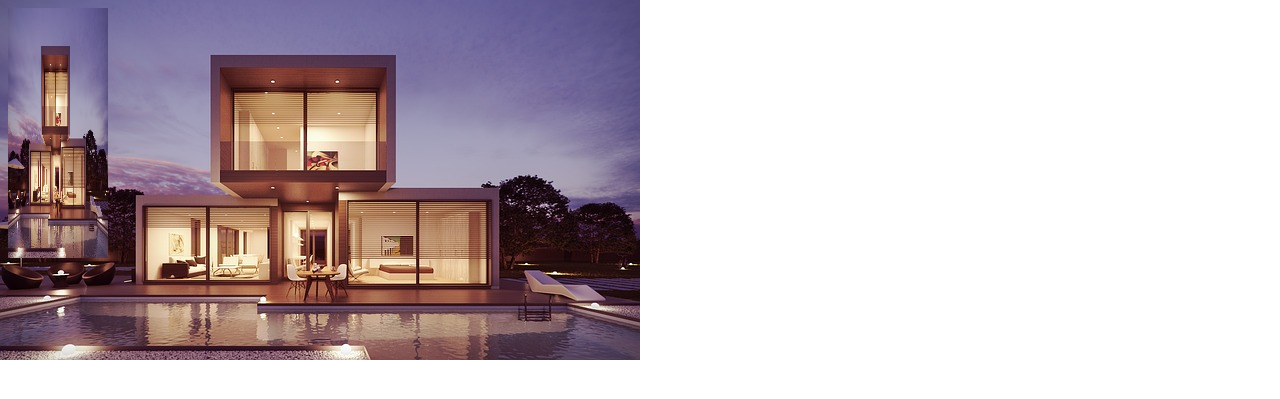
Repository: khadri2021/A2023_Task_Property_Management
Page: AdderssMakersWeb/WebContent/bottom.html
The author's editor kept a copy of each file at every save. The page is drawn from the files as they stood at one save, then again after the next save.
The browser window is 1280 px wide. The pictures show the whole page.

Above is the page before, as saved 2024-02-11 11:21:56.

### AdderssMakersWeb/WebContent/bottom.html
<!DOCTYPE html>
<html>
<head>
<meta charset="ISO-8859-1">
<title>HomePage</title>
<style>

body {
 background-image: url(home.jpg);
 background-repeat: no-repeat;
 background-attachment: fixed;
 background-size: 100;



}







</style>
</head>
<body>
<tr>
<td><a href="Add.jsp"> <img src="./images/home.jpg" alt=" "
		style="width: 100px; height: 250px;">
	</a>
	</td>
</tr>

</body>
</html>

After the next save:
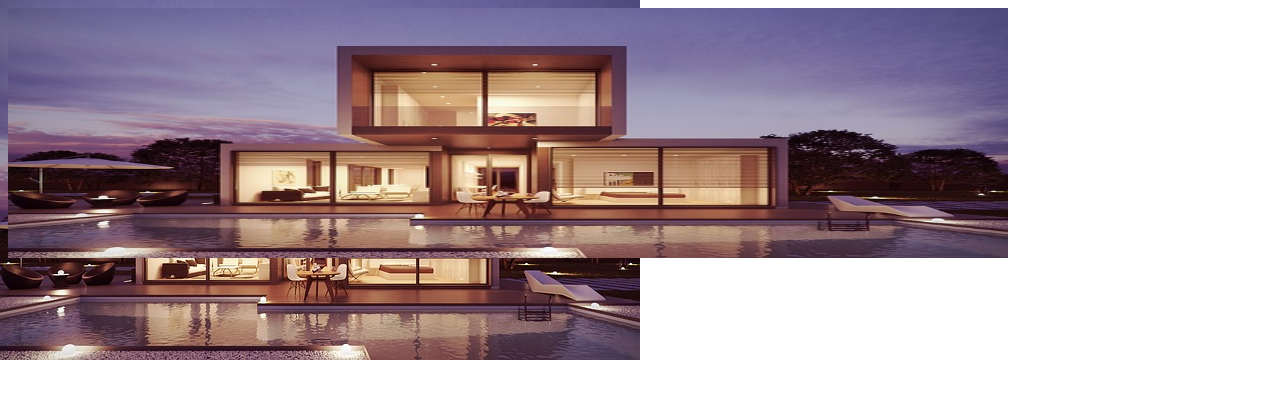
Saved 30 s later.
--- a/AdderssMakersWeb/WebContent/bottom.html
+++ b/AdderssMakersWeb/WebContent/bottom.html
@@ -26,7 +26,7 @@ body {
 <body>
 <tr>
 <td><a href="Add.jsp"> <img src="./images/home.jpg" alt=" "
-		style="width: 100px; height: 250px;">
+		style="width: 1000px; height: 250px;">
 	</a>
 	</td>
 </tr>
